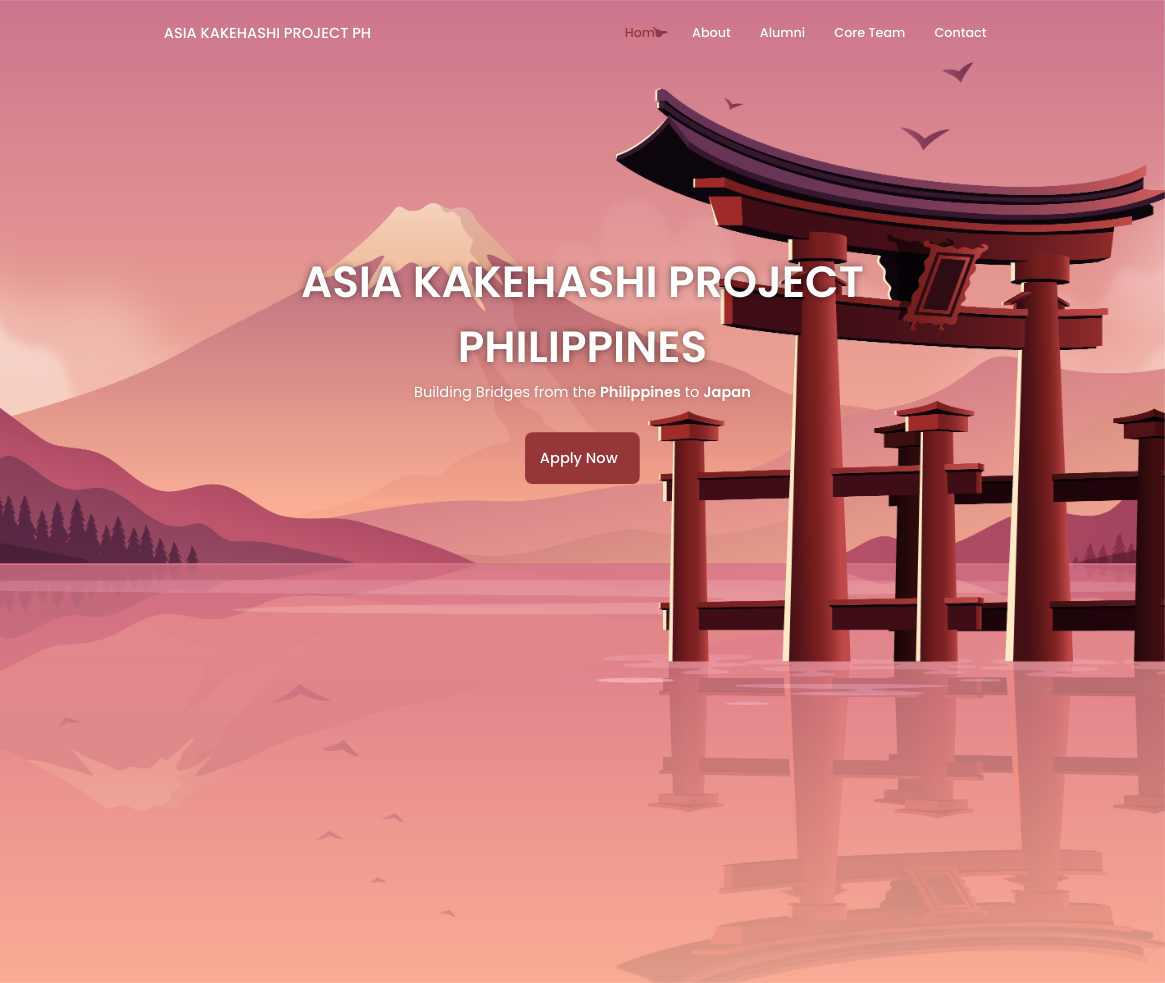
Repository: Aishie123/AKP-PH
Page: index.html
The author's editor kept a copy of each file at every save. The page is drawn from the files as they stood at one save, then again after the next save.
The browser window is 1280 px wide. The pictures show the whole page, at 91% of full size.
Some icons come from a web library that is not loaded, so they are not drawn.

Above is the page before, as saved 2024-02-18 14:08:40.

After the next save:
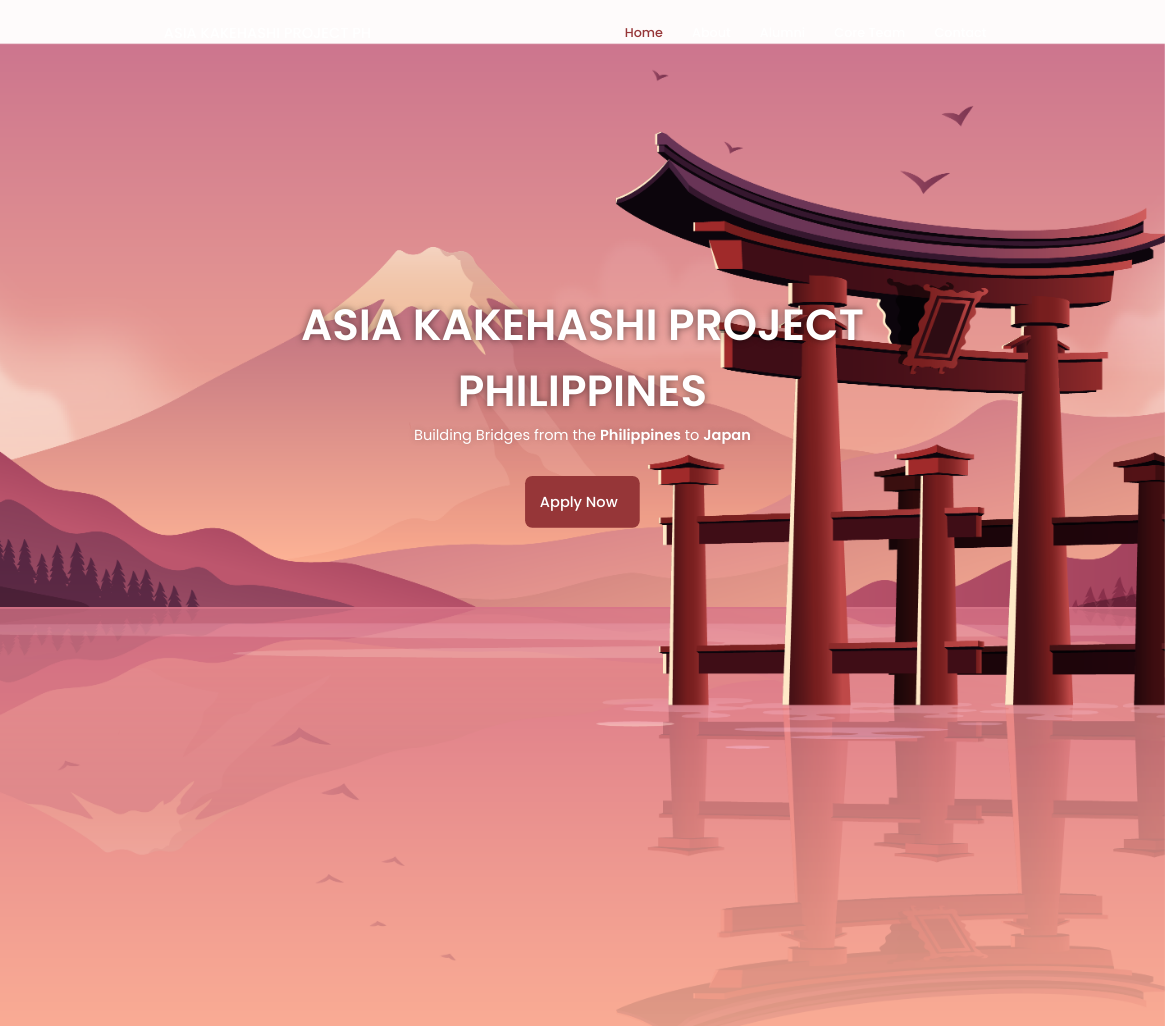
Saved 2 min 12 s later.
--- a/assets/css/styles.css
+++ b/assets/css/styles.css
@@ -115,6 +115,7 @@
   font-size: var(--normal-font-size);
   background-color: var(--body-color);
   color: var(--text-color);
+  padding-top: var(--header-height); /* Add this line */
 }
 
 h1, h2, h3, h4 {
